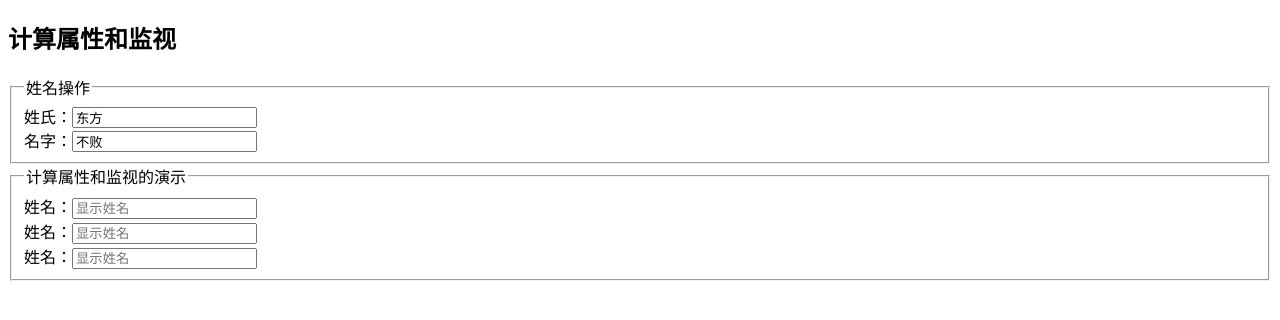
Repository: zhuhongxiang/Vue3.0-TSLeaning
Page: / (app in 04_Vue3/vue3_learning/)
These files come from the project's save history. The page is drawn as it stood at one moment and after the next save; the edit follows.
The browser window is 1280 px wide. The pictures show the whole page.
The project was rebuilt for these pictures with package versions that can differ from the ones it lists, and the page was loaded fresh each time.

Above is the page before, as saved 2021-07-26 11:05:12.

### 04_Vue3/vue3_learning/src/main.ts
// 程序的主入口文件，ts文件，是main.ts
// 引入createApp函数，创建对应的应用产生应用的实例对象
import { createApp } from 'vue'
// 引入App组件（所有组件的父级组件）
import App from './App.vue'
// 创建App应用返回对应的实例对象，调用mount方法进行挂载
createApp(App).mount('#app')

### 04_Vue3/vue3_learning/src/App.vue
<template>
  <h2>计算属性和监视</h2>
  <fieldset>
    <legend>姓名操作</legend>
    姓氏：<input
      type="text"
      placeholder="请输入姓氏"
      v-model="user.firstName"
    /><br />
    名字：<input type="text" placeholder="请输入名字" v-model="user.lastName" />
  </fieldset>
  <fieldset>
    <legend>计算属性和监视的演示</legend>
    姓名：<input type="text" placeholder="显示姓名" /><br />
    姓名：<input type="text" placeholder="显示姓名" /><br />
    姓名：<input type="text" placeholder="显示姓名" /><br />
  </fieldset>
</template>

<script lang='ts'>
import { defineComponent, reactive } from "vue";
export default defineComponent({
  name: "App",
  props: {},
  components: {},
  setup() {
    // 定义一个响应式的对象
    const user = reactive({
      firstName: "东方",
      lastName: "不败",
    });
    return {
      user,
    };
  },
});
</script>

<style scoped>
</style>

Loaded but not shown: 04_Vue3/vue3_learning/public/index.html (common file)

After the next save:
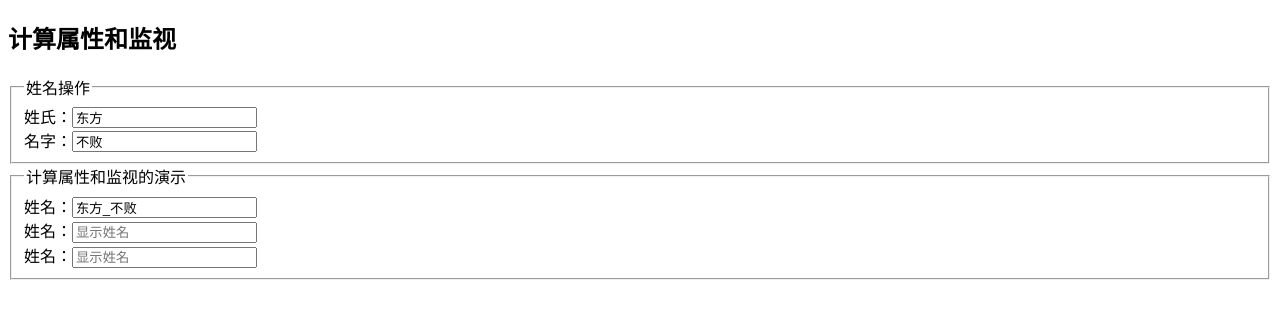
Saved 3 min 4 s later.
--- a/04_Vue3/vue3_learning/src/App.vue
+++ b/04_Vue3/vue3_learning/src/App.vue
@@ -11,14 +11,14 @@
   </fieldset>
   <fieldset>
     <legend>计算属性和监视的演示</legend>
-    姓名：<input type="text" placeholder="显示姓名" /><br />
+    姓名：<input type="text" placeholder="显示姓名" v-model="fullName1" /><br />
     姓名：<input type="text" placeholder="显示姓名" /><br />
     姓名：<input type="text" placeholder="显示姓名" /><br />
   </fieldset>
 </template>
 
 <script lang='ts'>
-import { defineComponent, reactive } from "vue";
+import { computed, defineComponent, reactive } from "vue";
 export default defineComponent({
   name: "App",
   props: {},
@@ -29,8 +29,15 @@ export default defineComponent({
       firstName: "东方",
       lastName: "不败",
     });
+    // 通过计算属性的方式，实现第一个姓名的显示
+    // vue3中的计算属性
+    // 如果计算属性的函数中只传入一个回调函数，表示的是get
+    const fullName1 = computed(() => {
+      return user.firstName + "_" + user.lastName;
+    });
     return {
       user,
+      fullName1,
     };
   },
 });
